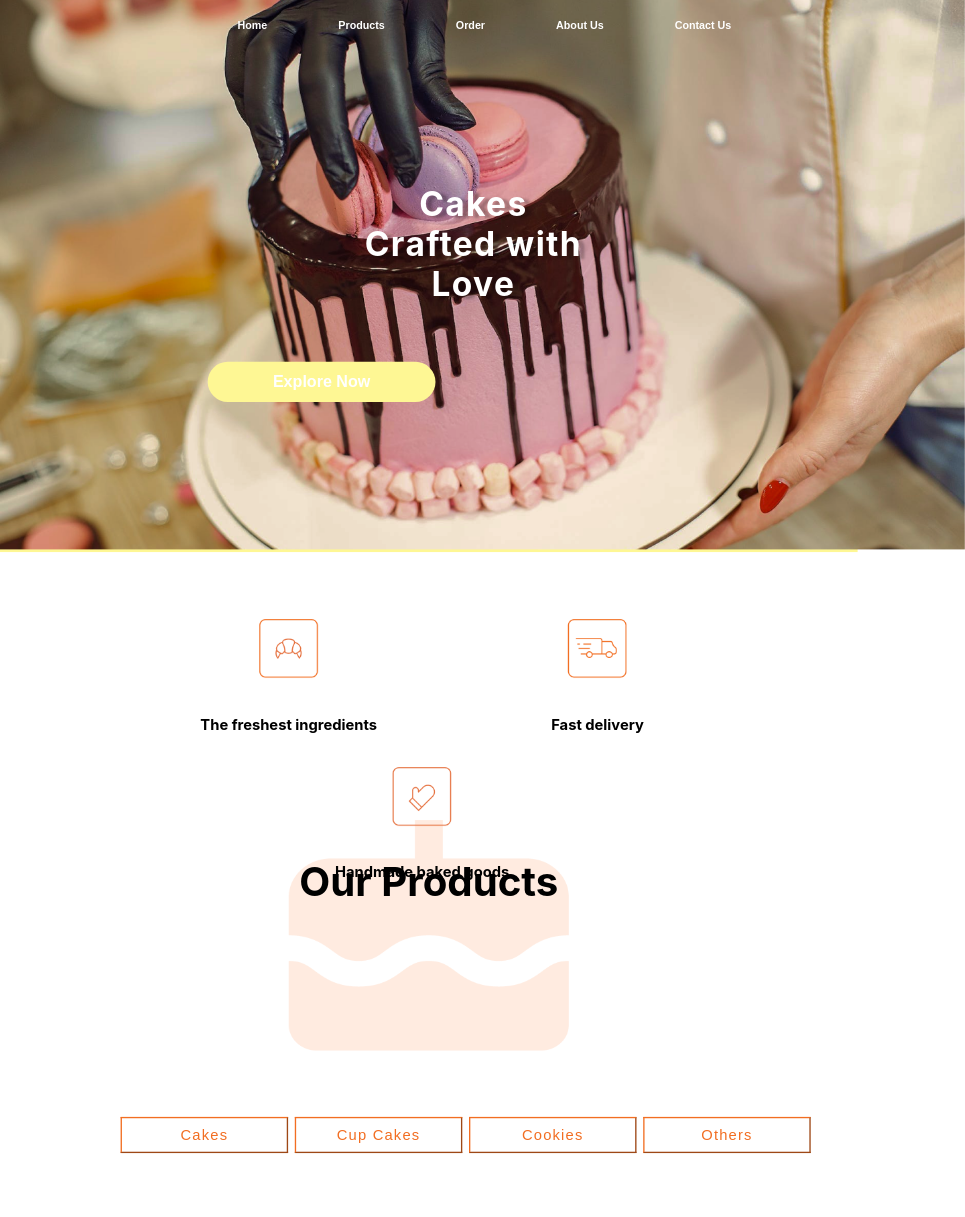
Repository: MEROO1010/cake-box
Page: /
These files come from the project's save history. The page is drawn as it stood at one moment and after the next save; the edit follows.
The browser window is 1280 px wide. The page is 1440 px wide, so the pictures cover 1440 px, including what lies to the right of the window. The pictures show the whole page, at 67% of full size.
The project was rebuilt for these pictures with package versions that can differ from the ones it lists, and the page was loaded fresh each time.

Above is the page before, as saved 2023-11-09 13:12:55.

### src/App.js
import './App.css';
import HomePage from './components/HomePage';
import Products from './components/Products';

function App() {
  return (
    <div className="App">
      <HomePage/>
      <Products/>
    </div>
  );
}

export default App;

### src/components/HomePage.jsx
import React from 'react';
import homePageImage from '../images/HomePage.png';
import logo from '../images/cake box.png'
import styled from 'styled-components';

const HomePage = () => {
  return (
    <Container>
      <IMAGE>
        <img src={homePageImage} alt='Home Page' />
      </IMAGE>

      {/*add the logo*/}
      <LOGO>
        <img src={logo} alt="logo design" />
      </LOGO>

      {/*Add the header*/}
      <ListWrapper>
      <ul>
        <ListItem>
          <ListLink href="#">Home</ListLink>
        </ListItem>
        <ListItem>
          <ListLink href="#">Products</ListLink>
        </ListItem>
        <ListItem>
          <ListLink href="#">Order</ListLink>
        </ListItem>
        <ListItem>
          <ListLink href="#">About Us</ListLink>
        </ListItem>
        <ListItem>
          <ListLink href="#">Contact Us</ListLink>
        </ListItem>
      </ul>
    </ListWrapper>


      {/*Add the h1*/}
      <MainTitle>
      <div>
        <h1>Cakes Crafted with Love</h1>
      </div>
      </MainTitle>

      {/*Add the Button*/}
      <ExploreNow>
        <button>Explore Now</button>
      </ExploreNow>
    </Container>
  );
};

export default HomePage;

const Container = styled.div`
`

const IMAGE = styled.div`
 max-width:100%;
 width: 100%;
 height: 100%;
 background-size: cover;
 background-position: center;
 background-repeat: no-repeat;
 background-color:#FEF794;
`

const LOGO = styled.div `
   position: absolute;
  top: 16px;
  right: 860px;
  padding-left:40px;
  width: 1015px;
  height: 519px;
  object-fit: cover;
`

const ListWrapper = styled.div`
  font-family: Arial, sans-serif;
  font-weight: bold;
  margin: 0;
  padding: 0;
  position: absolute;
  top: 0;
  left: 0;
  width: 100%;
`;

const ListItem = styled.li`
  list-style: none;
  display: inline-block;
  margin-right: 80px;
  padding-left:6px;
  top:14px;
  left:100px;
  position: relative;
`;

const ListLink = styled.a`
  text-decoration: none;
  color: #fff;
  padding: 5px 10px;


  &:hover {
    color: #FEF794;
  }
`;

const MainTitle = styled.div `
position: absolute;
  top: 240px;
  left: 533px;
  font-size: 25px;
  letter-spacing: 0.08em;
  font-weight: 800;
  color: #fff;
  display: inline-block;
  width: 347px;
  text-shadow: 9px 4px 4px rgba(0, 0, 0, 0.25);

`

const ExploreNow = styled.div`
  button{
    position: absolute;
    margin:500px 620px ;
    top:40px;
    right:10px;
    color:black;
    width:340px;
    height:60px;
    border-radius:40px;
    background-color:#FEF794;
    border:none;
    font-size:24px;
    font-weight:bold;
    color:white;
    cursor: pointer;
  }
`;

### src/components/Products.jsx
import React from 'react'
import styled from 'styled-components';
import CAKEVECTOR from '../images/cake_vector.png'
import CROISSANT from '../images/croissant.png'
import CAR from '../images/car.png'
import GLAVES from '../images/glaves.png'



const Products = () => {
  return (
    <Container>
      <CakeVector>
         <img src={CAKEVECTOR} alt=''/>
         <h1>Our Products</h1>
      </CakeVector>

      <FirstList>
        <ul>
            <li>
                <img src={CROISSANT} alt=''/>
                <h6>The freshest ingredients</h6>
            </li>

            <li>
                <img src={CAR} alt=''/>
                <h6>Fast delivery</h6>
            </li>

            <li>
                <img src={GLAVES} alt=''/>
                <h6>Handmade baked goods</h6>
            </li>
        </ul>
      </FirstList>

      <SecondList>
          <ul>
            <li><button>Cakes</button></li>
            <li><button>Cup Cakes</button></li>
            <li><button>Cookies</button></li>
            <li><button>Others</button></li>
          </ul>
      </SecondList>
    </Container>
  )
}

export default Products;


const Container = styled.div`
`

const CakeVector = styled.div`
  img{
    position: relative;
    top: 400px;
  }

  h1{
    position: relative;
    font-size:60px;
    top:68px;
  }

`

const FirstList = styled.div `
  li{
    position:relative;
    list-style: none;
  display: inline-block;
  margin-left:60px;
  padding-left:200px;
  right:160px;
  bottom:400px;
  }

  h6{
    font-size:22px;
  }
`

const SecondList =styled.div `
  li{
    position:relative;
    list-style: none;
  display: inline-block;
  margin-left:60px;
  padding-left:200px;
  right:160px;
  bottom:400px;
  }

  button{
    position: absolute;
  top: 250px;
  left: 120px;
  font-size: 22px;
  letter-spacing: 0.08em;
  font-weight: 500;
  color: #F26E22;
  background-color: white;
  border-color:#F26E22;
  padding: 12px 28px;
  margin:20px 20px;
  width:250px;
  }
`

Loaded but not shown: public/index.html (common file); src/index.js (common file); src/index.css (common file); src/App.css (common file)

After the next save:
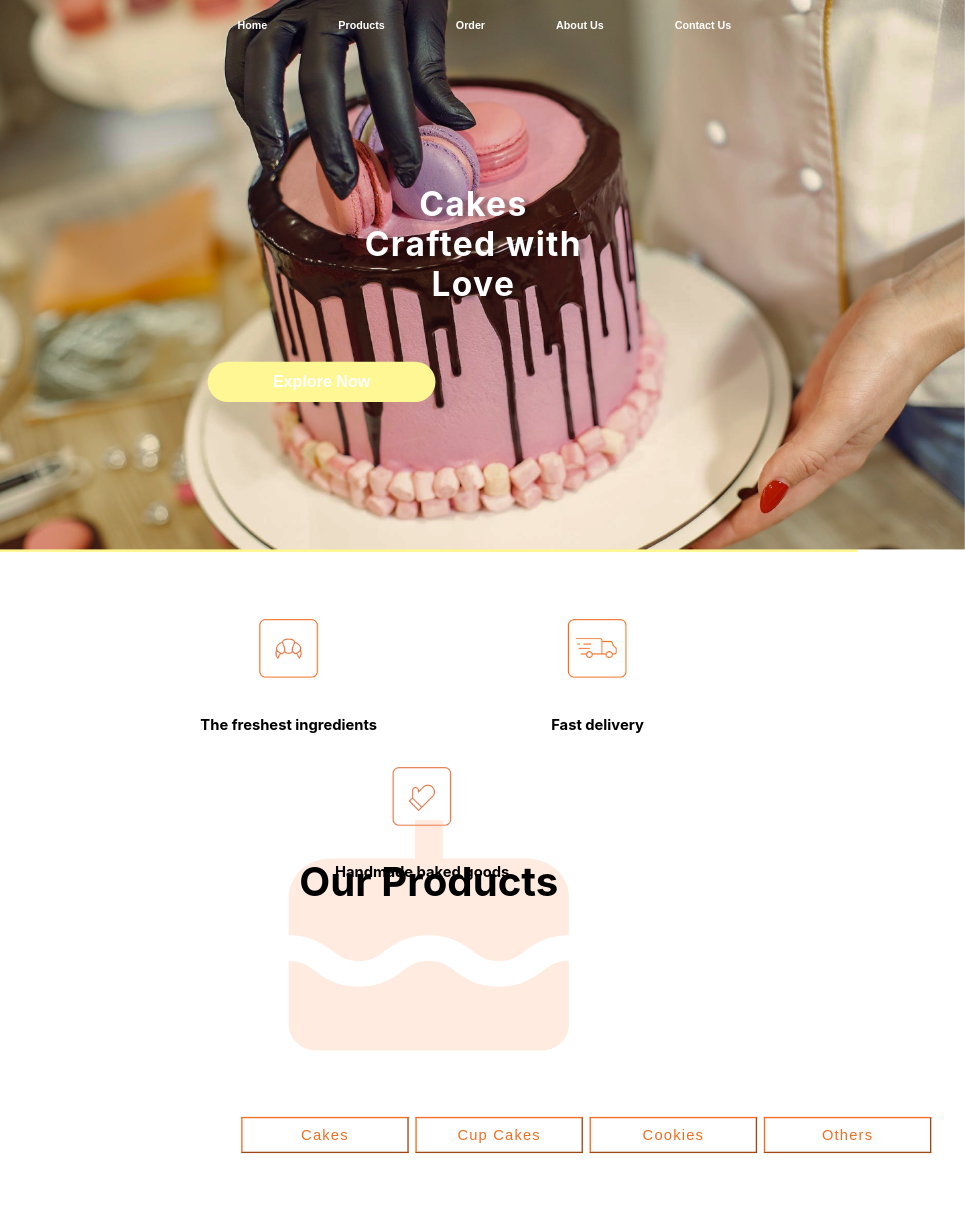
Saved 70 s later.
--- a/src/components/Products.jsx
+++ b/src/components/Products.jsx
@@ -104,7 +104,7 @@
   background-color: white;
   border-color:#F26E22;
   padding: 12px 28px;
-  margin:20px 20px;
+  margin:20px 200px;
   width:250px;
   }
 `
